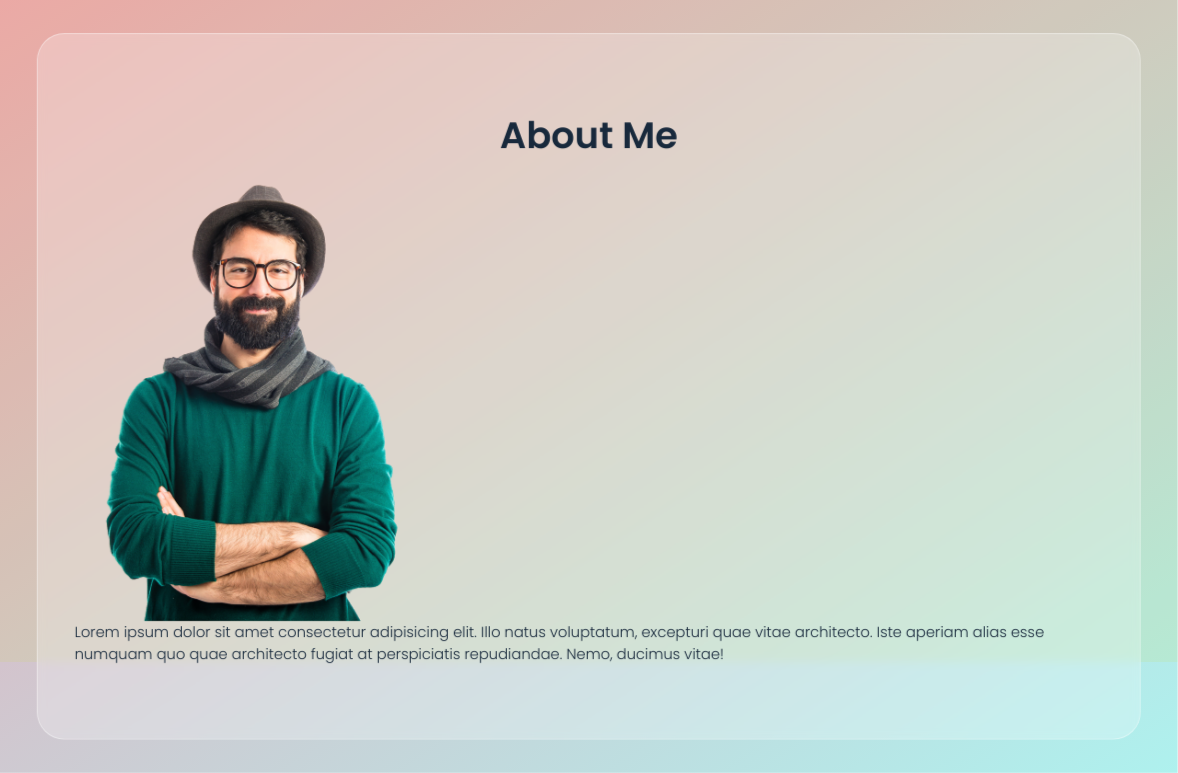
Repository: dewaary/Glassmorp-me
Page: index.html
These files come from the project's save history. The page is drawn as it stood at one moment and after the next save; the edit follows.
The browser window is 1280 px wide. The pictures show the whole page, at 92% of full size.

Above is the page before, as saved 2021-05-25 15:19:49.
Not found: js/script,js

After the next save:
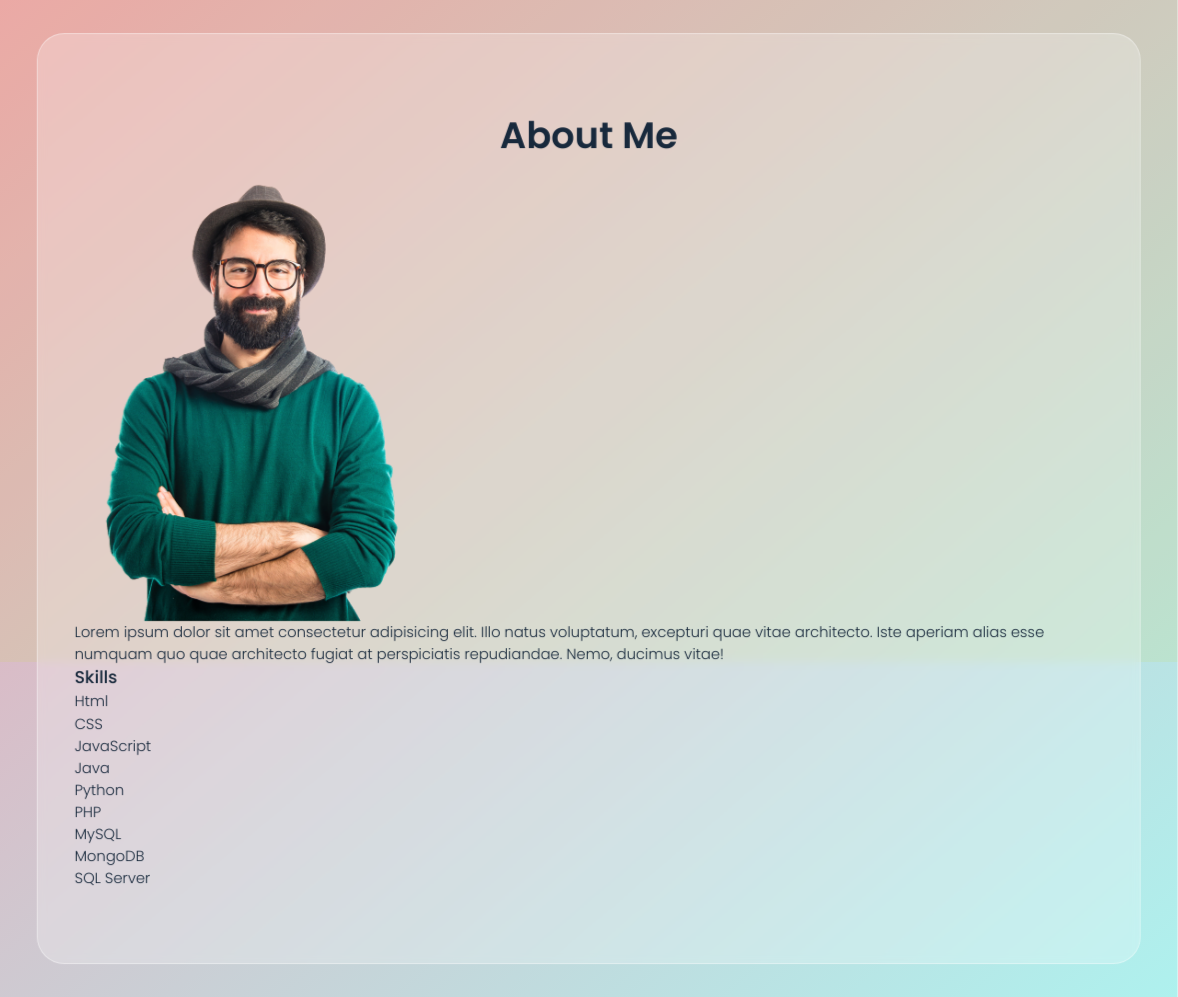
Saved 2 min 26 s later.
--- a/index.html
+++ b/index.html
@@ -30,7 +30,7 @@
             </div>
         </section>
 
-<!-- About Section -->
+        <!-- About Section -->
         <section class="about-section sec-padding">
             <div class="container">
                 <div class="row">
@@ -45,7 +45,21 @@
                         </div>
                     </div>
                     <div class="about-text">
-                        <p>Lorem ipsum dolor sit amet consectetur adipisicing elit. Illo natus voluptatum, excepturi quae vitae architecto. Iste aperiam alias esse numquam quo quae architecto fugiat at perspiciatis repudiandae. Nemo, ducimus vitae!</p>
+                        <p>Lorem ipsum dolor sit amet consectetur adipisicing elit. Illo natus voluptatum, excepturi
+                            quae vitae architecto. Iste aperiam alias esse numquam quo quae architecto fugiat at
+                            perspiciatis repudiandae. Nemo, ducimus vitae!</p>
+                            <h3>Skills</h3>
+                            <div class="skills">
+                                <div class="skill-item">Html</div>
+                                <div class="skill-item">CSS</div>
+                                <div class="skill-item">JavaScript</div>
+                                <div class="skill-item">Java</div>
+                                <div class="skill-item">Python</div>
+                                <div class="skill-item">PHP</div>
+                                <div class="skill-item">MySQL</div>
+                                <div class="skill-item">MongoDB</div>
+                                <div class="skill-item">SQL Server</div>
+                            </div>
                     </div>
                 </div>
             </div>
